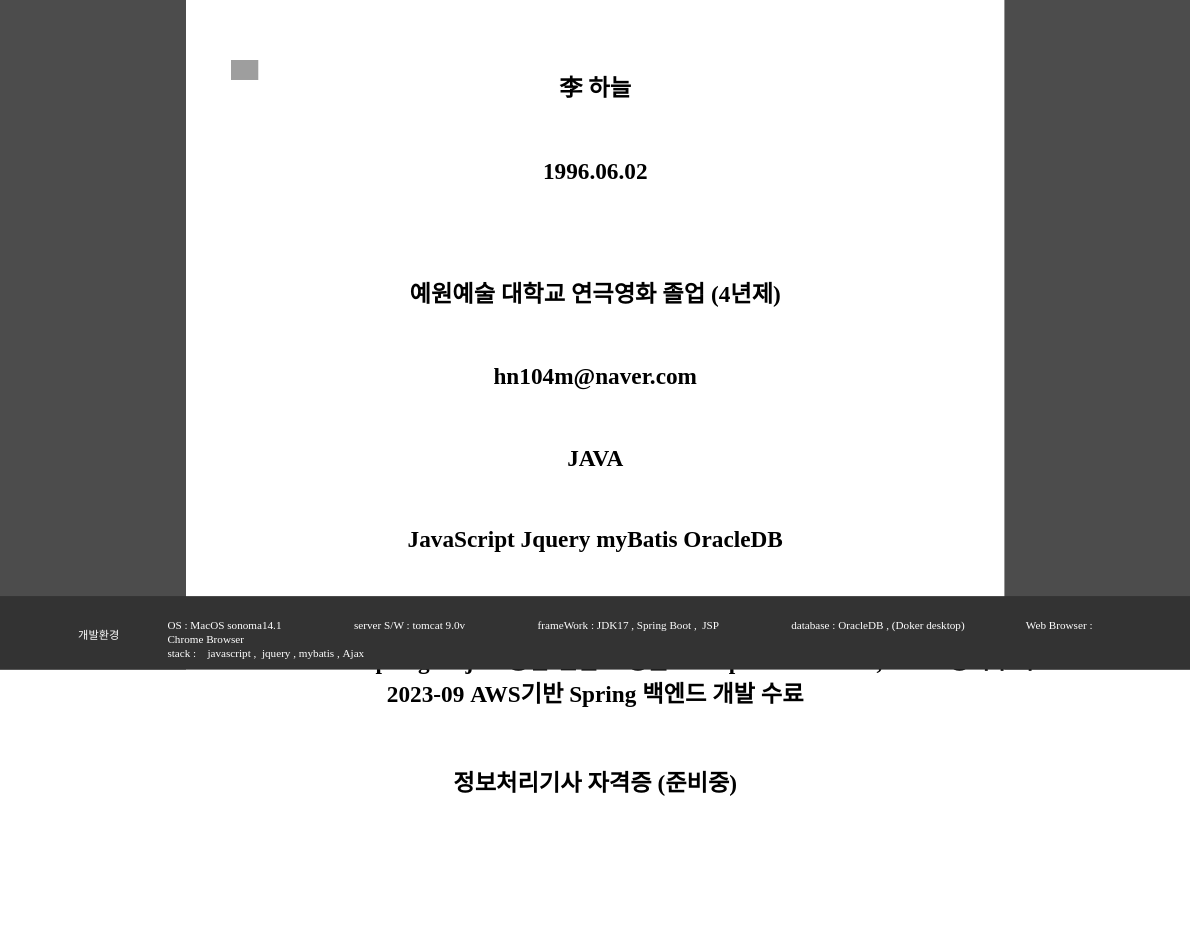
Repository: LeeHaNeul96/Leehaneul
Page: http://localhost/com.introduce/WEB-INF/views/more.jsp
These files come from the project's save history. The page is drawn as it stood at one moment and after the next save; the edit follows.
The browser window is 1280 px wide. The pictures show the whole page, at 93% of full size.
Pictures or frames that could not be fetched are drawn as grey boxes. The page is served by Tomcat 9. Nobody is signed in. The template is opened directly, without the code that normally fills it, so the values that code supplies are empty.

Above is the page before, as saved 2023-10-31 09:39:00.

After the next save:
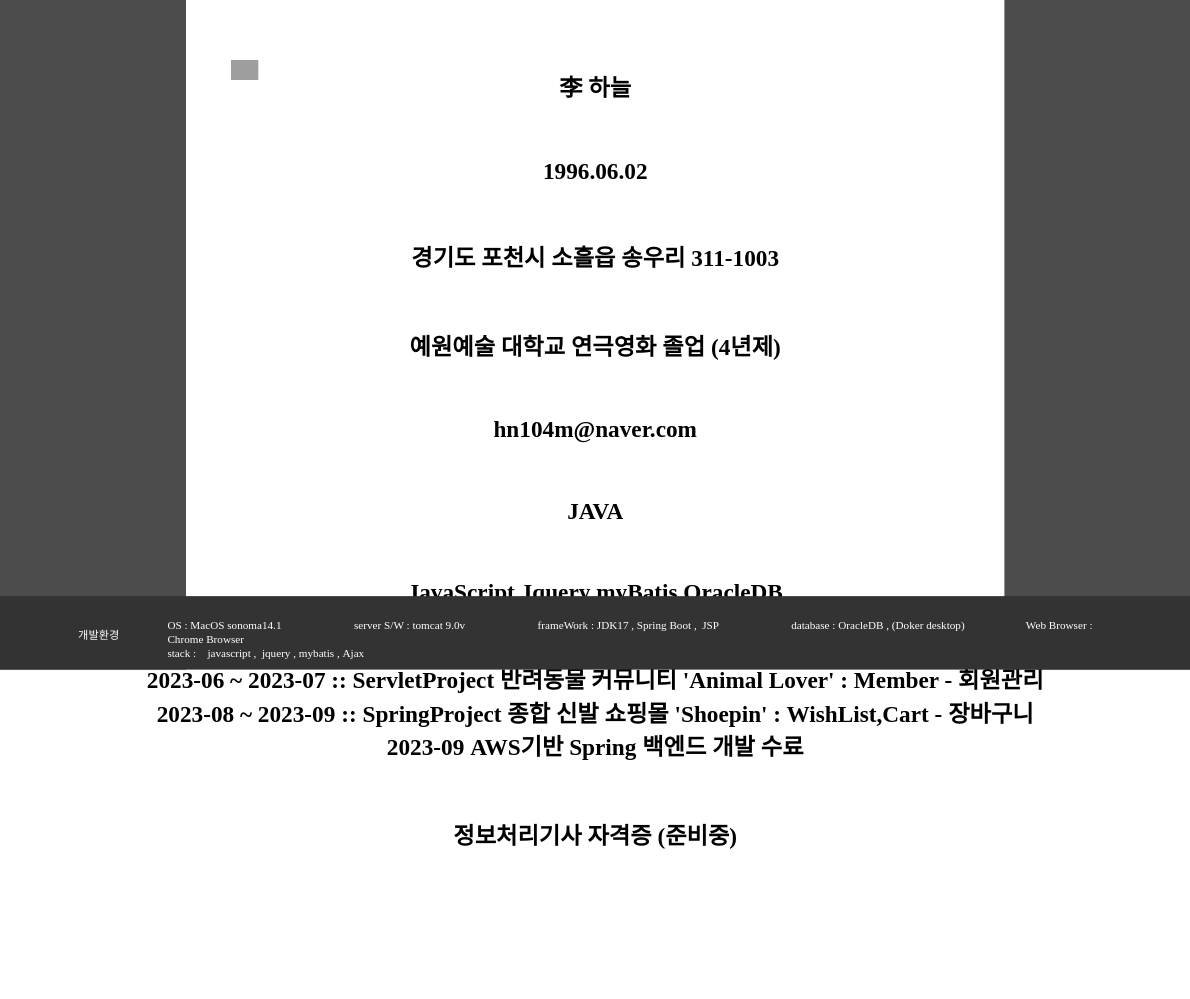
Saved 14 s later.
--- a/com.introduce/src/main/webapp/WEB-INF/views/more.jsp
+++ b/com.introduce/src/main/webapp/WEB-INF/views/more.jsp
@@ -100,7 +100,7 @@ $(function() {
 <div class="container">
 <h2>李 하늘</h2><br>
 <h2>1996.06.02</h2><br>
-<h2></h2><br>
+<h2>경기도 포천시 소흘읍 송우리 311-1003</h2><br>
 <h2>예원예술 대학교 연극영화 졸업 (4년제)</h2><br>
 <h2>hn104m@naver.com</h2><br>
 <h2>JAVA</h2><br>
